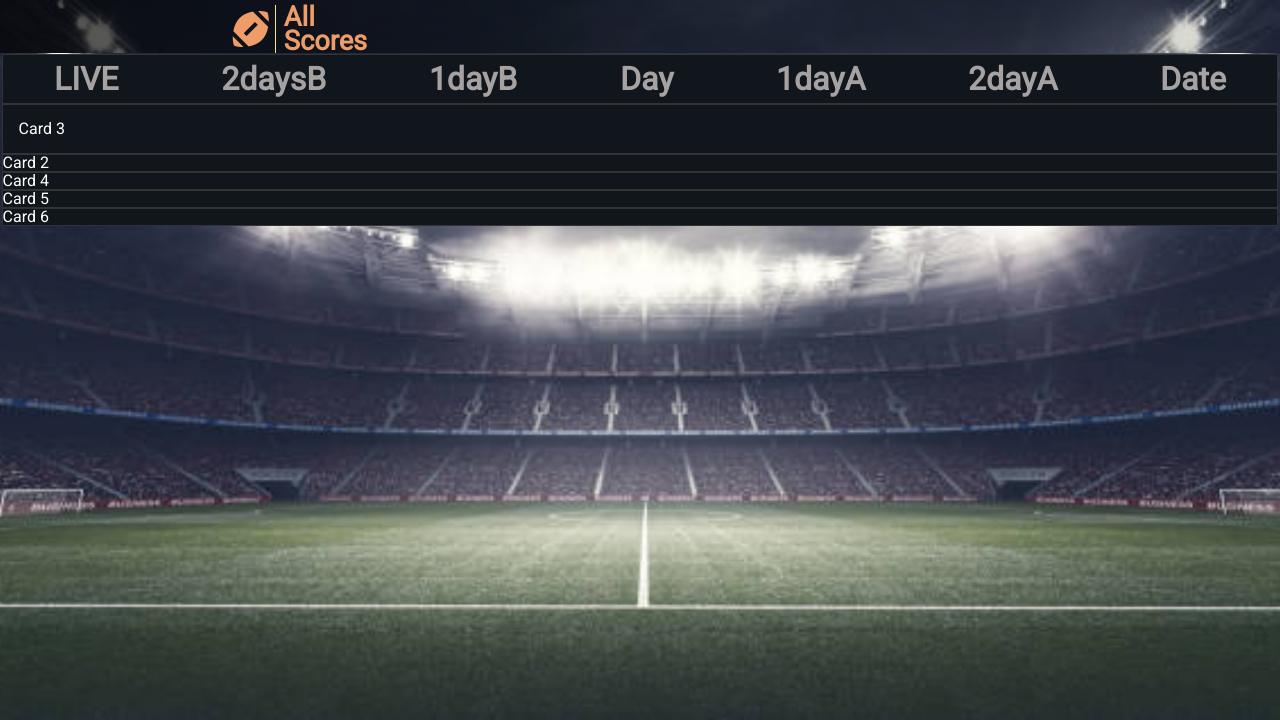
Repository: boomshakar/AllScores
Page: index.html
These files come from the project's save history. The page is drawn as it stood at one moment and after the next save; the edit follows.
The browser window is 1280 px wide. The pictures show the whole page.
The style sheet was rebuilt from its Sass, Less or Tailwind sources for each picture, by a compiler version that may differ from the author's.

Above is the page before, as saved 2021-03-30 02:34:29.

### index.html
<!DOCTYPE html>
<html lang="en">
  <head>
    <meta charset="UTF-8" />
    <meta http-equiv="X-UA-Compatible" content="IE=edge" />
    <meta name="viewport" content="width=device-width, initial-scale=1.0" />
    <title>All Scores</title>
    <link rel="stylesheet" href="css/main.css" />
    <link
      rel="stylesheet"
      href="https://fonts.googleapis.com/icon?family=Material+Icons"
    />
  </head>
  <body>
    <header>
      <a href="index.html" class="head-name__logo">
        <span class="material-icons md-48">sports_football</span>
        <h1>All<br />Scores</h1>
      </a>
      <ul class="head-name">
        <a href="index.html"
          ><li class="head-name__mob active">
            <span class="material-icons md-36">sports_soccer</span>
            <h3>Soccer</h3>
          </li></a
        >
        <a href="#"
          ><li class="head-name__mob">
            <span class="material-icons md-36">sports_basketball</span>
            <h3>Basket</h3>
          </li></a
        >
        <a href="#"
          ><li class="head-name__mob">
            <span class="material-icons md-36">golf_course</span>
            <h3>Golf</h3>
          </li></a
        >
        <a href="#"
          ><li class="head-name__mob">
            <span class="material-icons md-36">sports_tennis</span>
            <h3>Tennis</h3>
          </li></a
        >
      </ul>
      <div class="menu-btn">
        <span class="menu-btn__burger"></span>
      </div>
      <nav class="nav">
        <ul class="menu-nav">
          <div class="menu-nav__time">
            Lorem ipsum, dolor sit amet consectetur adipisicing elit. Qui
            quidem, dignissimos asperiores totam nesciunt laborum at consectetur
            nam temporibus ea.
          </div>
          <li class="menu-nav__item active">
            <a href="index.html" class="menu-nav__link">Soccer</a>
          </li>
          <li class="menu-nav__item">
            <a href="#" class="menu-nav__link">Basketball</a>
          </li>
          <li class="menu-nav__item">
            <a href="#" class="menu-nav__link">Tennis</a>
          </li>
          <li class="menu-nav__item">
            <a href="#" class="menu-nav__link">Hockey</a>
          </li>
          <li class="menu-nav__item">
            <a href="#" class="menu-nav__link">Golf</a>
          </li>
          <li class="menu-nav__item">
            <a href="#" class="menu-nav__link">Basketball</a>
          </li>
          <li class="menu-nav__item">
            <a href="#" class="menu-nav__link">Tennis</a>
          </li>
          <li class="menu-nav__item">
            <a href="#" class="menu-nav__link">Hockey</a>
          </li>
          <li class="menu-nav__item">
            <a href="#" class="menu-nav__link">Golf</a>
          </li>
          <li class="menu-nav__item">
            <a href="#" class="menu-nav__link">Basketball</a>
          </li>
          <li class="menu-nav__item">
            <a href="#" class="menu-nav__link">Tennis</a>
          </li>
          <li class="menu-nav__item">
            <a href="#" class="menu-nav__link">Hockey</a>
          </li>
          <li class="menu-nav__item">
            <a href="#" class="menu-nav__link">Golf</a>
          </li>
          <div class="menu-nav__foot">
            Lorem ipsum dolor sit amet consectetur adipisicing elit. Quisquam
            quod neque provident ex cumque adipisci, iusto, tempora quibusdam
            maxime, magni autem perferendis? Quibusdam, tenetur. Laudantium,
            velit reiciendis deleniti perferendis nesciunt vitae dolores itaque
            aut voluptas dolor veritatis. Optio ducimus consectetur nisi sequi,
            nesciunt id quis mollitia, laborum voluptates necessitatibus modi.
          </div>
        </ul>
      </nav>
    </header>
    <div class="grid-contain">
      <span class="card">
        <div class="date-select">
          <a href="#" class="date-select__link"
            ><div class="date-select__match">LIVE</div></a
          >
          <a href="#" class="date-select__link"
            ><div class="date-select__match">2daysB</div></a
          >
          <a href="#" class="date-select__link"
            ><div class="date-select__match">1dayB</div></a
          >
          <a href="#" class="date-select__link"
            ><div class="date-select__match">Day</div></a
          >
          <a href="#" class="date-select__link"
            ><div class="date-select__match">1dayA</div></a
          >
          <a href="#" class="date-select__link"
            ><div class="date-select__match">2dayA</div></a
          >
          <a href="#" class="date-select__link"
            ><div class="date-select__match">Date</div></a
          >
        </div>
      </span>
      <div class="card">Card 2</div>
      <div class="card">Card 3</div>
      <div class="card">Card 4</div>
      <div class="card">Card 5</div>
      <div class="card">Card 6</div>
    </div>
  </body>
  <script src="main.js"></script>
</html>

### main.js
const menuBtn = document.querySelector(".menu-btn");
const menuBurger = document.querySelector(".menu-btn__burger");
const nav = document.querySelector(".nav");
const headName = document.querySelector(".head-name");
const menuNav = document.querySelector(".menu-nav");
const menuNavList = document.querySelectorAll(".menu-nav__item");

let menuOpen = false;

menuBtn.addEventListener("click", toggleMenu);

function toggleMenu() {
  if (!menuOpen) {
    menuBurger.classList.add("open");
    nav.classList.add("open");
    headName.classList.add("open");
    menuNav.classList.add("open");
    menuNavList.forEach((item) => item.classList.add("open"));

    menuOpen = true;
  } else {
    menuBurger.classList.remove("open");
    nav.classList.remove("open");
    headName.classList.remove("open");
    menuNav.classList.remove("open");
    menuNavList.forEach((item) => item.classList.remove("open"));

    menuOpen = false;
  }
}

### scss/main.scss
@import "config";
@import "menu";
@import "home";
@import "responsive";

body {
  position: relative;
  background: $primary-color;
  color: $text-color;
  height: 100vh;
  font-family: "Roboto", "Segoe UI", Tahoma, Verdana, sans-serif;
  line-height: 1;
  background: url(../img/stadium3.jpg);
  background-size: cover;
  background-repeat: no-repeat;
  background-position: center;
  background-attachment: fixed;
}

header {
  display: flex;
  z-index: 2;
  background: linear-gradient(to right, rgba(#000, 0.7), rgba(#000, 0.1)),
    url(../img/head.jpg);
  background-size: cover;
  background-repeat: no-repeat;
  position: fixed;
  width: 100vw;
  padding-top: 0.3rem;

  a {
    color: $secondary-color;
  }
}

### scss/_config.scss
$primary-color: #24303a;
$secondary-color: #ee9d68;
$text-color: #fae56f;
$text-color2: rgb(167, 162, 162);

* {
  box-sizing: border-box;
  margin: 0;
  padding: 0;
  outline: 0;
  list-style: none;
}
a {
  text-decoration: none;
}

@import url("https://fonts.googleapis.com/css2?family=Roboto&display=swap");

@mixin transition-mix {
  transition: all 0.5s ease-in-out;
}

@mixin media-xxsm {
  @media screen and (max-width: 313px) {
    @content;
    ul.head-name {
      visibility: hidden;
    }
  }
}

@mixin media-xsm {
  @media screen and (min-width: 314px) and (max-width: 359px) {
    @content;
  }
}

@mixin media-sm {
  @media screen and (min-width: 360px) and (max-width: 399px) {
    @content;
  }
}

@mixin media-smd {
  @media screen and (min-width: 400px) {
    @content;
  }
}

@mixin media-md {
  @media screen and (min-width: 500px) {
    @content;
  }
}

@mixin media-lg {
  @media screen and (min-width: 700px) {
    @content;
  }
}

@mixin media-xl {
  @media screen and (min-width: 1000px) {
    @content;
  }
}

### scss/_menu.scss
.menu-btn {
  position: fixed;
  z-index: 1;
  width: 28px;
  height: 20px;
  top: 0.8rem;
  right: 0.7rem;
  background: transparent;
  cursor: pointer;
  @include transition-mix;
  &__burger {
    position: absolute;
    width: 20px;
    height: 3px;
    right: 0.5rem;
    top: 0.5rem;
    background: pink;
    border-radius: 5px;
    @include transition-mix;

    &::before {
      content: "";
      position: absolute;
      width: 28px;
      height: 3px;
      top: -8px;
      background: $text-color;
      border-radius: 5px;
      @include transition-mix;
    }

    &::after {
      content: "";
      position: absolute;
      width: 28px;
      height: 3px;
      top: 8px;
      background: $text-color;
      border-radius: 5px;
      @include transition-mix;
    }

    &.open {
      transform: rotate(720deg);
      background: transparent;

      &::before {
        transform: rotate(45deg) translate(5px, 8px);
        background: $secondary-color;
      }
      &::after {
        transform: rotate(-45deg) translate(3px, -7px);
        background: $secondary-color;
      }
    }
  }
}
nav {
  position: fixed;
  top: 0;
  left: 0;
  width: 100vw;
  visibility: hidden;
  &.open {
    visibility: visible;
  }
}

.menu-nav {
  display: grid;
  grid-template-columns: 1fr;
  grid-template-rows: 1fr;
  width: 100vw;
  height: 100vh;
  top: 50px;
  left: 0;
  right: 0;
  bottom: 0;
  overflow-y: scroll;
  overflow-x: hidden;
  background: $primary-color;
  opacity: 0.97;
  transform: translateY(-100%);
  @include transition-mix;

  &.open {
    transform: translateY(0);
  }
  &__time {
    padding: 1.5rem 1.5rem 1rem 1.5rem;
    line-height: 1.2;
    font-size: 12px;
  }

  &__item {
    transform: translateX(100vw);
    border-bottom: 1px solid rgb(102, 96, 96);
    @include transition-mix;
    &:nth-of-type(1) {
      border-top: 1px solid rgb(102, 96, 96);
    }
    &.open {
      transform: translateX(0);
    }
    &.active > a {
      color: $secondary-color;
    }
  }

  &__link {
    display: grid;
    font-size: 1.1rem;
    padding: 0.7rem 0;
    font-weight: 600;
    text-transform: uppercase;
    text-align: center;
    color: rgb(167, 162, 162);
    @include transition-mix;

    &:hover {
      color: $secondary-color;
    }
  }

  &__foot {
    padding: 2rem 1.5rem 200px 1.5rem;
    font-size: 12px;
  }
}

@for $f from 1 through 14 {
  .menu-nav__item:nth-child(#{$f}) {
    transition-delay: ($f * 0.1s) + 0.05s;
  }
}

### scss/_home.scss
.grid-contain {
  padding: 3.4rem 0.1rem 1.5rem 0.1rem;
  display: grid;
  grid-template-columns: 1fr;

  .card {
    background: darken($primary-color, 10%);
    border: 1px solid #333;
    color: #fff;

    &:nth-child(1) {
      //date selector
      grid-column: 1;
      grid-row: 1/ 2;
      .date-select {
        display: flex;
        flex-direction: row;
        justify-content: space-around;
        width: 100%;
        &__link {
          color: $text-color2;
          padding: 0.5rem 1rem;
          font-size: 2rem;
          font-weight: 600;
        }
      }
    }

    &:nth-child(2) {
      //left side
      grid-column: 1;
      grid-row: 3 / 4;
    }

    &:nth-child(3) {
      //main menu
      grid-column: 1;
      grid-row: 2 / 3;
      padding: 1rem;
    }

    &:nth-child(4) {
      //right side
      grid-column: 1;
      grid-row: 4 / 5;
    }

    &:nth-child(5) {
      //stciky ad below
      grid-column: 1;
      grid-row: 5 / 6;
    }

    &:nth-child(6) {
      //footer
      grid-column: 1;
      grid-row: 6 / 7;
    }
  }
}

### scss/_responsive.scss
@include media-xxsm {
  header {
    height: 2.8rem;
    justify-content: space-between;
    .head-name__logo {
      display: flex;
      flex-direction: row;
      cursor: pointer;
      &:hover > .material-icons {
        color: $text-color;
      }

      .material-icons {
        font-size: 2.5rem;
        align-items: center;
        cursor: pointer;
        @include transition-mix;
      }
      h1 {
        font-weight: 800;
        border-left: 1px solid $text-color;
        line-height: 1.3rem;
        padding: 0 0.5rem;
        font-size: 1.1rem;
        cursor: pointer;
      }
    }
  }
}

@include media-xsm {
  header {
    justify-content: space-between;
    .head-name__logo {
      display: flex;
      flex-direction: row;
      cursor: pointer;
      height: 2.5rem;
      &:hover > .material-icons {
        color: $text-color;
      }

      .material-icons {
        font-size: 2.5rem;
        align-items: center;
        cursor: pointer;
        @include transition-mix;
      }
      h1 {
        font-weight: 800;
        border-left: 1px solid $text-color;
        line-height: 1.3rem;
        padding: 0 0.5rem;
        font-size: 1.1rem;
        cursor: pointer;
      }
    }
    ul.head-name {
      display: flex;
      flex-direction: row;
      margin-right: 2rem;
      &.open {
        visibility: hidden;
      }

      .head-name__mob {
        border-left: 1px solid $text-color2;
        padding: 0 0.2rem;
        text-align: center;
        width: 3rem;
        @include transition-mix;
        &.active {
          background: linear-gradient(
            to right,
            rgba(#fff, 0.3),
            rgba(#fff, 0.1)
          );
          color: $text-color;
          border-radius: 5px;
          border-left: 1px solid $text-color;
        }
        &:hover > .material-icons {
          color: $text-color;
        }
      }
      .material-icons {
        font-size: 1.3rem;
        cursor: pointer;
        @include transition-mix;
      }
      h3 {
        font-size: 0.7rem;
      }
    }
    .menu-btn {
      right: -0.3rem;
    }
  }
}

@include media-sm {
  header {
    justify-content: space-between;
    .head-name__logo {
      display: flex;
      flex-direction: row;
      cursor: pointer;
      height: 2.5rem;
      &:hover > .material-icons {
        color: $text-color;
      }

      .material-icons {
        font-size: 2.5rem;
        align-items: center;
        cursor: pointer;
        @include transition-mix;
      }
      h1 {
        font-weight: 800;
        border-left: 1px solid $text-color;
        line-height: 1.3rem;
        padding: 0 0.5rem;
        font-size: 1.1rem;
        cursor: pointer;
      }
    }
    ul.head-name {
      display: flex;
      flex-direction: row;
      margin-right: 2rem;
      &.open {
        visibility: hidden;
      }

      .head-name__mob {
        border-left: 1px solid $text-color2;
        padding: 0 0.5rem;
        text-align: center;
        width: 3.3rem;
        &.active {
          background: linear-gradient(
            to right,
            rgba(#fff, 0.3),
            rgba(#fff, 0.1)
          );
          color: $text-color;
          border-radius: 5px;
          border-left: 1px solid $text-color;
        }
        &:hover > .material-icons {
          color: $text-color;
        }
      }
      .material-icons {
        font-size: 1.3rem;
        cursor: pointer;
        @include transition-mix;
      }
      h3 {
        font-size: 0.8rem;
      }
    }
    .menu-btn {
      right: 0.3rem;
    }
  }
}

@include media-smd {
  header {
    justify-content: space-between;
    .head-name__logo {
      display: flex;
      flex-direction: row;
      cursor: pointer;
      &:hover > .material-icons {
        color: $text-color;
      }

      .material-icons {
        font-size: 3rem;
        align-items: center;
        cursor: pointer;
        @include transition-mix;
      }
      h1 {
        font-weight: 800;
        border-left: 1px solid $text-color;
        line-height: 1.5rem;
        padding: 0 0.5rem;
        font-size: 1.4rem;
        cursor: pointer;
      }
    }
    ul.head-name {
      display: flex;
      flex-direction: row;
      margin-right: 2rem;
      &.open {
        visibility: hidden;
      }

      .head-name__mob {
        border-left: 1px solid $text-color2;
        padding: 0 0.3rem;
        text-align: center;
        width: 3.4rem;
        @include transition-mix;
        &.active {
          background: linear-gradient(
            to right,
            rgba(#fff, 0.3),
            rgba(#fff, 0.1)
          );
          color: $text-color;
          border-radius: 5px;
          border-left: 1px solid $text-color;
        }
        &:hover > .material-icons {
          color: $text-color;
        }
      }
      .material-icons {
        font-size: 1.7rem;
        cursor: pointer;
        @include transition-mix;
      }
      h3 {
        font-size: 0.8rem;
      }
    }
    .menu-btn {
      top: 1.2rem;
      right: 0.4rem;
    }
  }
}

@include media-md {
  header {
    justify-content: space-between;
    .head-name__logo {
      display: flex;
      flex-direction: row;
      cursor: pointer;
      &:hover > .material-icons {
        color: $text-color;
      }

      .material-icons {
        font-size: 3rem;
        align-items: center;
        cursor: pointer;
        @include transition-mix;
      }
      h1 {
        font-weight: 800;
        border-left: 1px solid $text-color;
        line-height: 1.5rem;
        padding: 0 0.5rem;
        font-size: 1.7rem;
        cursor: pointer;
      }
    }
    ul.head-name {
      display: flex;
      flex-direction: row;
      margin-right: 5rem;
      &.open {
        visibility: hidden;
      }

      .head-name__mob {
        border-left: 1px solid $text-color2;
        padding: 0 0.5rem;
        text-align: center;
        width: 3.8rem;
        @include transition-mix;
        &.active {
          background: linear-gradient(
            to right,
            rgba(#fff, 0.3),
            rgba(#fff, 0.1)
          );
          color: $text-color;
          border-radius: 5px;
          border-left: 1px solid $text-color;
        }
        &:hover > .material-icons {
          color: $text-color;
        }
      }
      .material-icons {
        font-size: 1.7rem;
        cursor: pointer;
        @include transition-mix;
      }
      h3 {
        font-size: 0.8rem;
      }
    }
  }
}

@include media-lg {
  header {
    justify-content: space-evenly;
    .head-name__logo {
      display: flex;
      flex-direction: row;
      cursor: pointer;
      margin-right: 8rem;
      &:hover > .material-icons {
        color: $text-color;
      }

      .material-icons {
        font-size: 3rem;
        align-items: center;
        cursor: pointer;
        @include transition-mix;
      }
      h1 {
        font-weight: 800;
        border-left: 1px solid $text-color;
        line-height: 1.5rem;
        padding: 0 0.5rem;
        font-size: 1.7rem;
        cursor: pointer;
      }
    }
    ul.head-name {
      display: flex;
      flex-direction: row;
      &.open {
        visibility: hidden;
      }

      .head-name__mob {
        border-left: 1px solid $text-color2;
        padding: 0 0.3rem;
        text-align: center;
        width: 3.8rem;
        &.active {
          background: linear-gradient(
            to right,
            rgba(#fff, 0.3),
            rgba(#fff, 0.1)
          );
          color: $text-color;
          border-radius: 5px;
          border-left: 1px solid $text-color;
        }
        &:hover > .material-icons {
          color: $text-color;
        }
      }
      .material-icons {
        font-size: 1.7rem;
        cursor: pointer;
        @include transition-mix;
      }
      h3 {
        font-size: 0.8rem;
      }
    }
    .menu-btn {
      visibility: hidden;
    }
  }
}

@include media-xl {
  header {
    justify-content: space-evenly;
    .head-name__logo {
      display: flex;
      flex-direction: row;
      cursor: pointer;
      margin-right: 8rem;
      &:hover > .material-icons {
        color: $text-color;
      }

      .material-icons {
        font-size: 3rem;
        align-items: center;
        cursor: pointer;
        @include transition-mix;
      }
      h1 {
        font-weight: 800;
        border-left: 1px solid $text-color;
        line-height: 1.5rem;
        padding: 0 0.5rem;
        font-size: 1.7rem;
        cursor: pointer;
      }
    }
    ul.head-name {
      display: flex;
      flex-direction: row;
      &.open {
        visibility: hidden;
      }

      .head-name__mob {
        border-left: 1px solid $text-color2;
        padding: 0 0.3rem;
        text-align: center;
        width: 3.8rem;
        &.active {
          background: linear-gradient(
            to right,
            rgba(#fff, 0.3),
            rgba(#fff, 0.1)
          );
          color: $text-color;
          border-radius: 5px;
          border-left: 1px solid $text-color;
        }
        &:hover > .material-icons {
          color: $text-color;
        }
      }
      .material-icons {
        font-size: 1.7rem;
        cursor: pointer;
        @include transition-mix;
      }
      h3 {
        font-size: 0.8rem;
      }
    }
  }
}

After the next save:
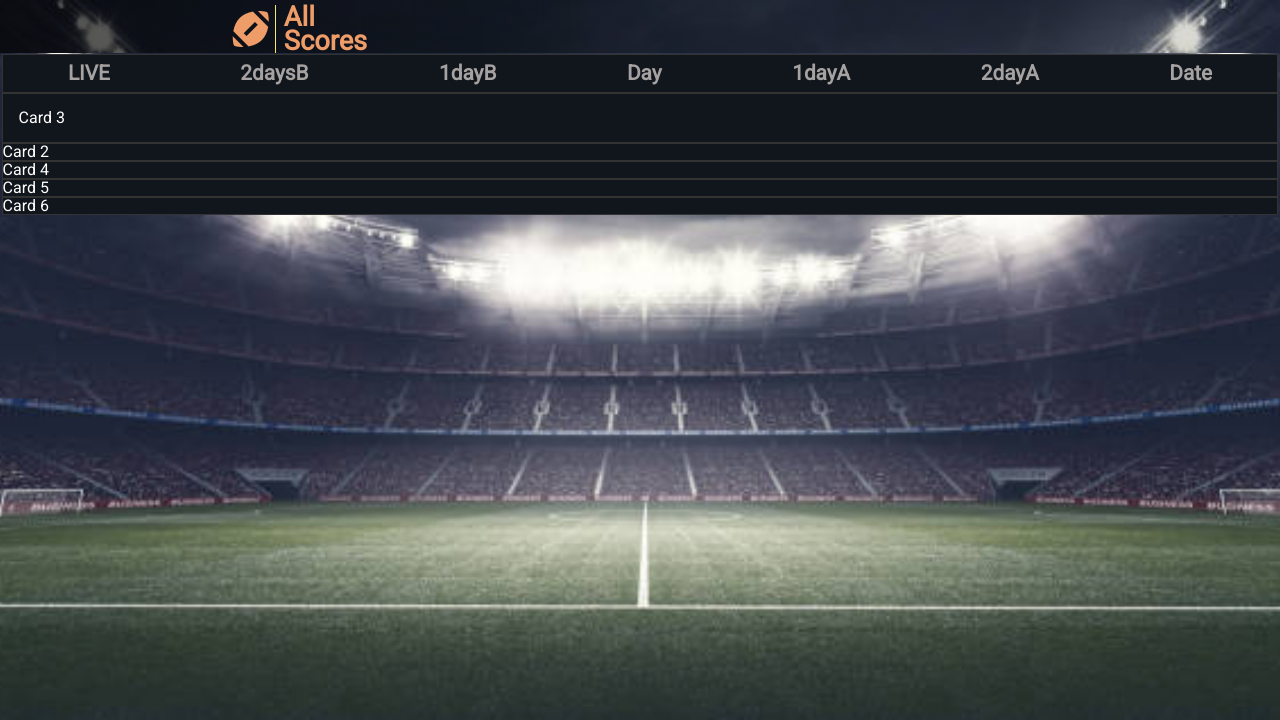
Saved 9 s later.
--- a/scss/_home.scss
+++ b/scss/_home.scss
@@ -20,7 +20,7 @@
         &__link {
           color: $text-color2;
           padding: 0.5rem 1rem;
-          font-size: 2rem;
+          font-size: 1.3rem;
           font-weight: 600;
         }
       }
